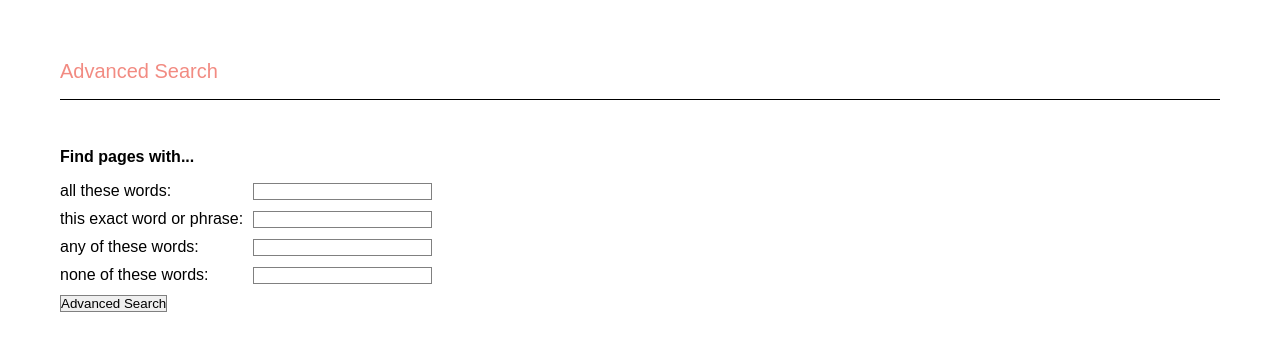
Repository: etentuk/search
Page: advanced_search.html
The author's editor kept a copy of each file at every save. The page is drawn from the files as they stood at one save, then again after a run of saves.
The browser window is 1280 px wide. The pictures show the whole page.

Above is the page before, as saved 2021-11-04 23:52:10.

After the next 4 saves:
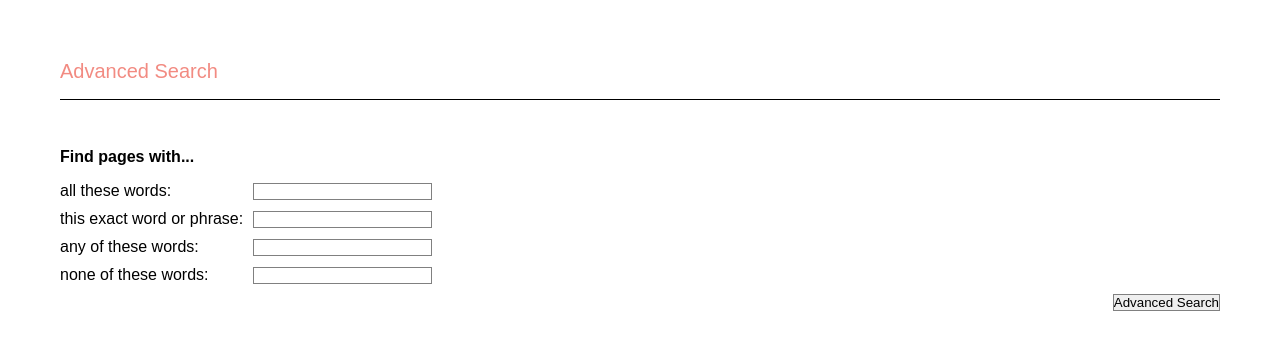
The 4 saves are shown as one change because they came seconds apart.
The last was saved 16 s later.
--- a/styles.css
+++ b/styles.css
@@ -56,9 +56,10 @@ label {
 
 
 
-style="text-align: right; background-color: pink"
 
-
+#submit {
+    text-a
+}
 
 #submit input {
   border: 1px solid grey;
